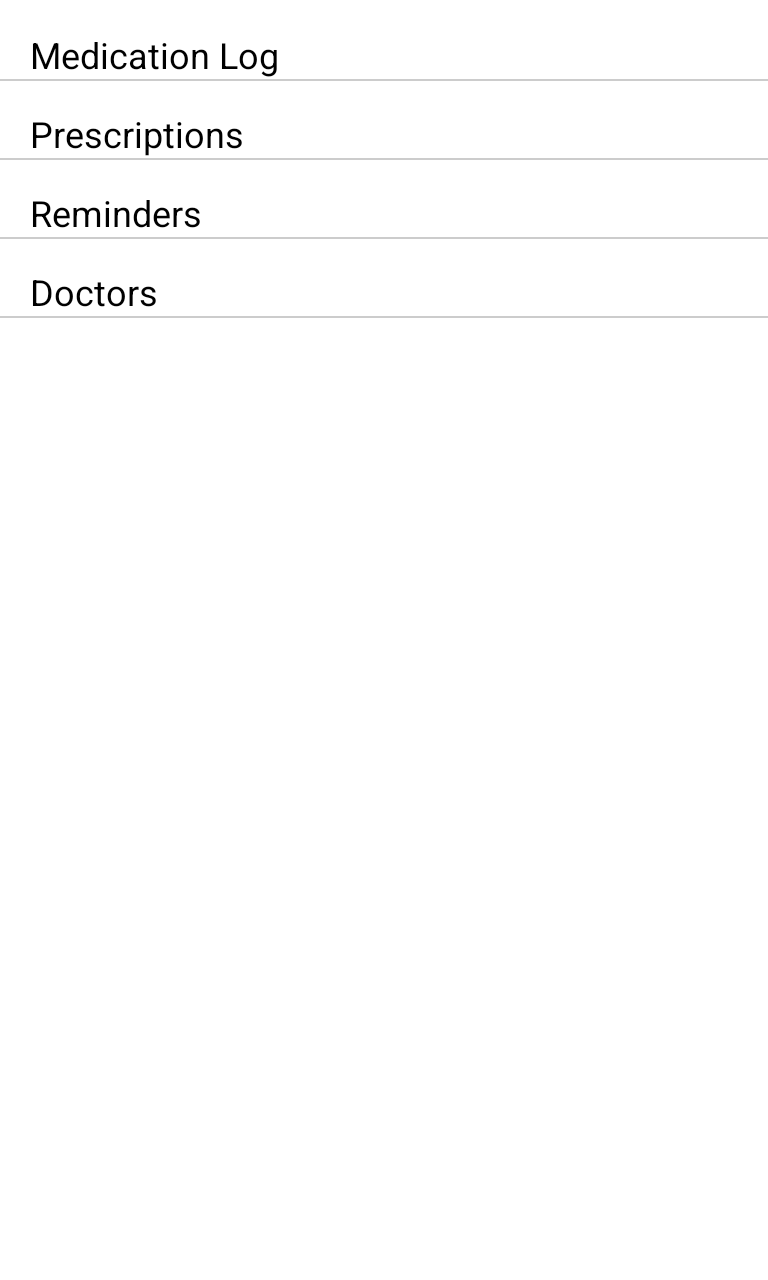
Repository: ranika/pilltracker
Layout: PillTracker/res/layout/fragment_main.xml
The author's editor kept a copy of each file at every save. The layout is drawn from the files as they stood at one save, then again after the next save.
It is drawn on a 768 x 1280 px phone screen (xhdpi) without system bars, with theme AppTheme; the app's code is not run.

Above is the layout before, as saved 2014-04-10 02:42:57.

After the next save:
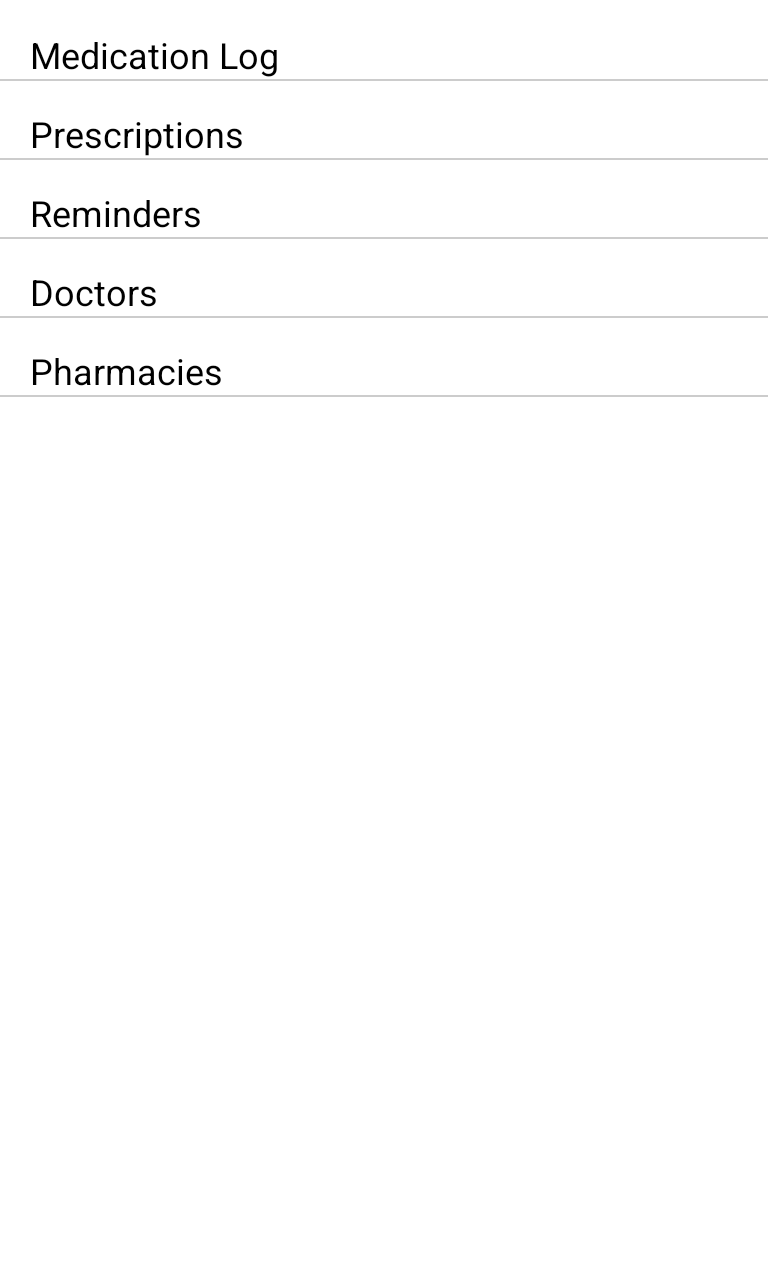
Saved 2 min 38 s later.
--- a/PillTracker/res/layout/fragment_main.xml
+++ b/PillTracker/res/layout/fragment_main.xml
@@ -75,4 +75,22 @@
         android:background="#CCCCCC"
         android:paddingTop="20dp" />
 
+    <TextView
+        android:id="@+id/textView5"
+        android:layout_width="wrap_content"
+        android:layout_height="wrap_content"
+        android:layout_alignLeft="@+id/textView4"
+        android:layout_below="@+id/textView4"
+        android:layout_marginTop="15dp"
+        android:text="@string/pharmacies"
+        android:textAppearance="?android:attr/textAppearanceMedium" />
+
+    <View
+        android:layout_width="fill_parent"
+        android:layout_height="1dp"
+        android:layout_alignParentLeft="true"
+        android:layout_below="@+id/textView5"
+        android:background="#CCCCCC"
+        android:paddingTop="20dp" />
+
 </RelativeLayout>
